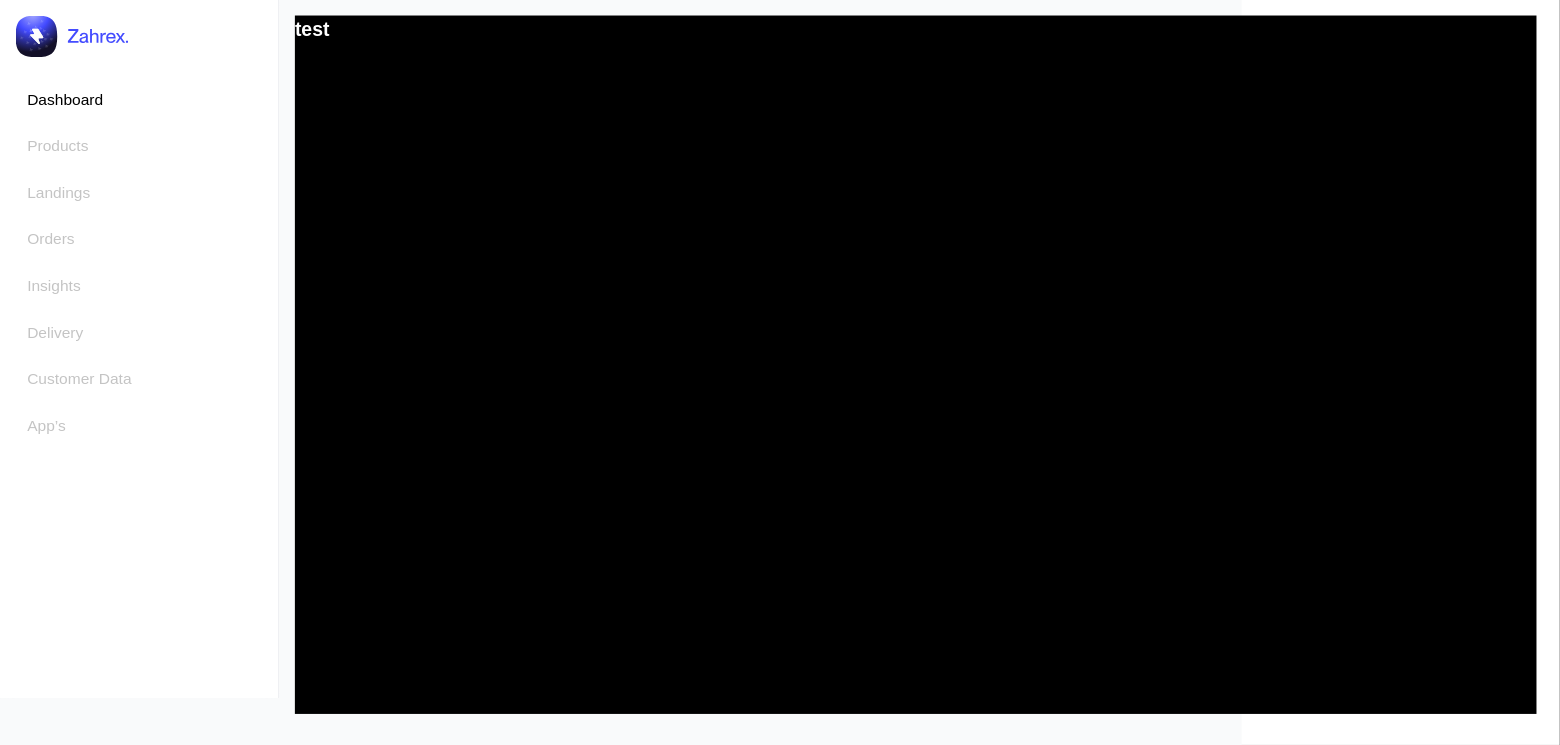
Repository: asba38295-web/zahrex-app
Page: /dashboard
The author's editor kept a copy of each file at every save. The page is drawn from the files as they stood at one save, then again after the next save.
The browser window is 1280 px wide. The page is 1608 px wide, then 1280 px, so the pictures cover 1608 px, including what lies to the right of the window. The pictures show the whole page, at 97% of full size.
The project was rebuilt for these pictures with package versions that can differ from the ones it lists, and the page was loaded fresh each time. The framework's server and built-in components were replaced by stand-ins that run in the browser. Also part of the build but not shown: next.config.mjs.

Above is the page before, as saved 2025-11-28 03:26:50.

After the next save:
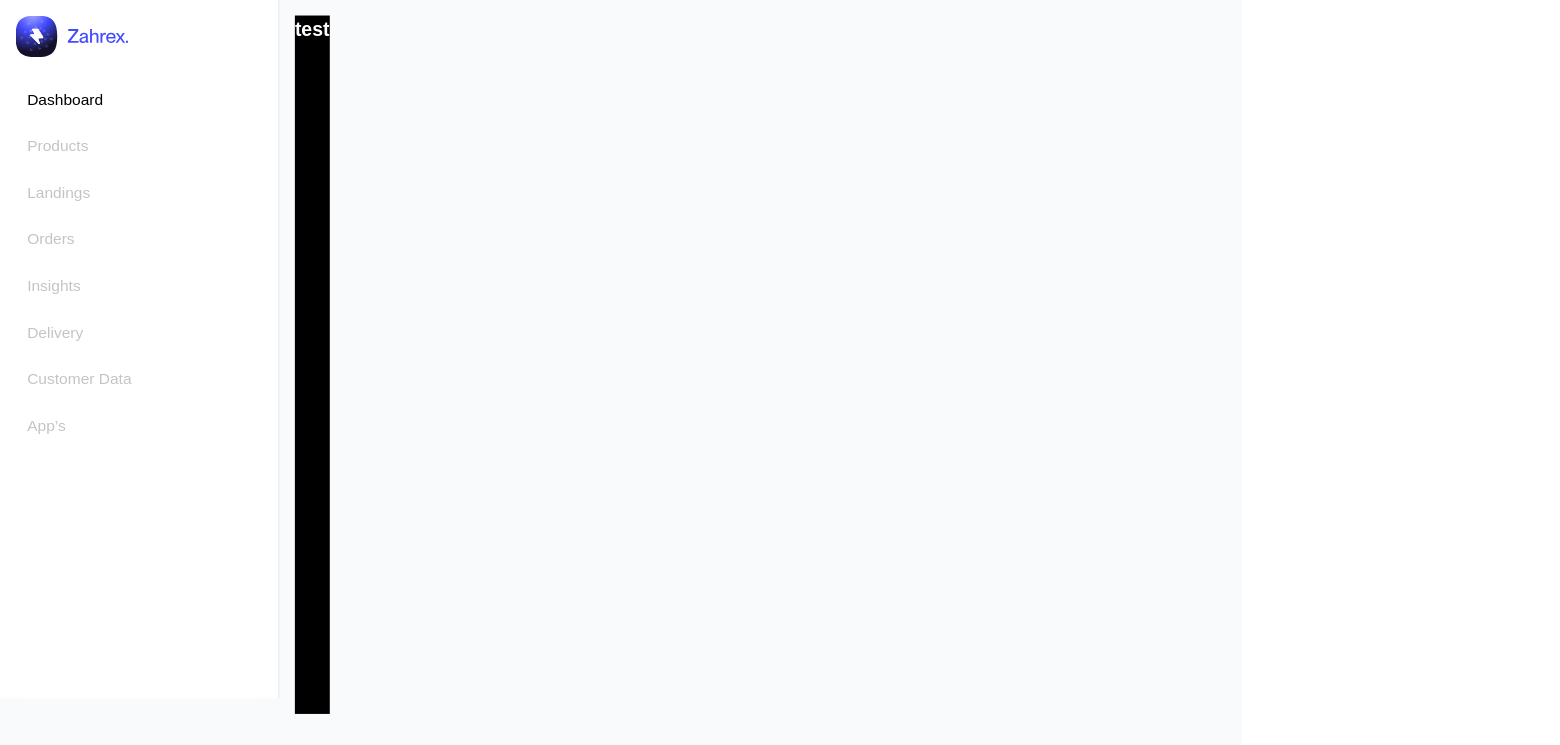
Saved 16 min 53 s later.
--- a/src/page/Dashboard.jsx
+++ b/src/page/Dashboard.jsx
@@ -5,7 +5,7 @@ export default function Dashboard() {
 
 return(
 
-    <div className="bg-black h-screen w-screen text-white">test</div>
+    <div className="bg-black h-screen w-full text-white">test</div>
 )
 
 }
